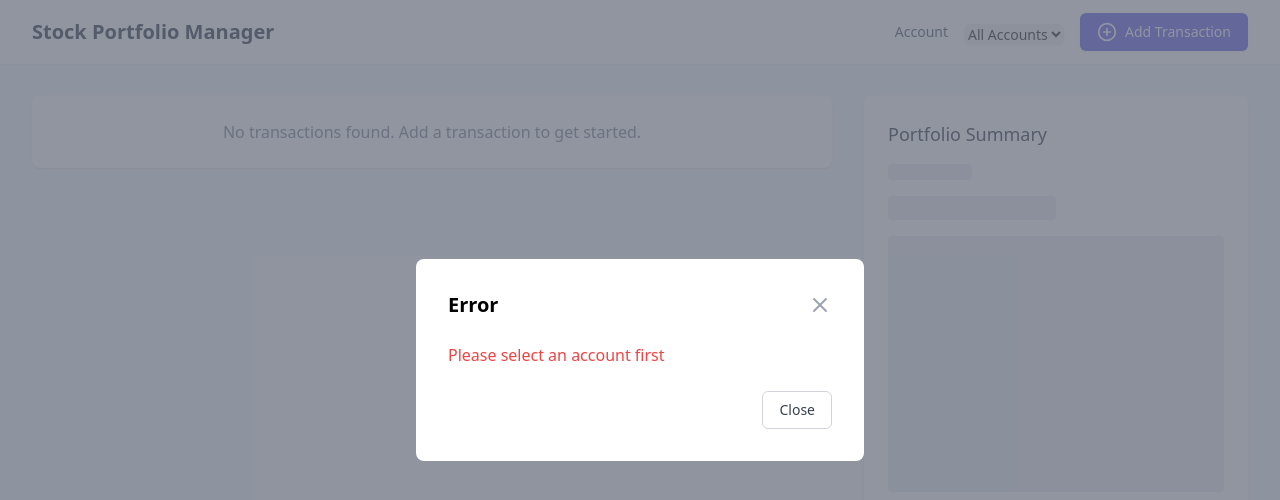
Repository: gpierre004/stock_portfolio_management
Page: /, after clicking the first element matching `button.inline-flex`
These files come from the project's save history. The page is drawn as it stood at one moment and after the next save; the edit follows.
The browser window is 1280 px wide. The pictures show the whole page.
The page's requests for data from a server got no answer. The project was rebuilt for these pictures with package versions that can differ from the ones it lists, and the page was loaded fresh each time. No one was signed in, and anything a server would have sent is missing. Also part of the build but not shown: vite.config.ts, src/components/ErrorBoundary.tsx.

Above is the page before, as saved 2024-11-22 20:23:45.

### src/App.tsx
import React from 'react';
import { QueryClient, QueryClientProvider } from '@tanstack/react-query';
import TransactionList from './components/TransactionList';
import TransactionForm from './components/TransactionForm';
import PortfolioSummary from './components/PortfolioSummary';
import AccountSelector from './components/AccountSelector';
import ErrorBoundary from './components/ErrorBoundary';
import { PlusCircle } from 'lucide-react';

const queryClient = new QueryClient();

function App() {
  const [isFormOpen, setIsFormOpen] = React.useState(false);
  const [selectedAccountId, setSelectedAccountId] = React.useState<number | null>(null);

  return (
    <QueryClientProvider client={queryClient}>
      <div className="min-h-screen bg-gray-50">
        <nav className="bg-white shadow-sm">
          <div className="max-w-7xl mx-auto px-4 sm:px-6 lg:px-8">
            <div className="flex justify-between h-16 items-center">
              <h1 className="text-xl font-semibold text-gray-900">Stock Portfolio Manager</h1>
              <div className="flex items-center space-x-4">
                <AccountSelector
                  selectedAccountId={selectedAccountId}
                  onAccountChange={setSelectedAccountId}
                />
                <button
                  onClick={() => setIsFormOpen(true)}
                  className="inline-flex items-center px-4 py-2 border border-transparent text-sm font-medium rounded-md shadow-sm text-white bg-indigo-600 hover:bg-indigo-700 focus:outline-none focus:ring-2 focus:ring-offset-2 focus:ring-indigo-500"
                >
                  <PlusCircle className="w-5 h-5 mr-2" />
                  Add Transaction
                </button>
              </div>
            </div>
          </div>
        </nav>

        <main className="max-w-7xl mx-auto px-4 sm:px-6 lg:px-8 py-8">
          <div className="grid grid-cols-1 lg:grid-cols-3 gap-8">
            <div className="lg:col-span-2">
              <ErrorBoundary>
                <TransactionList accountId={selectedAccountId} />
              </ErrorBoundary>
            </div>
            <div>
              <ErrorBoundary>
                <PortfolioSummary accountId={selectedAccountId} />
              </ErrorBoundary>
            </div>
          </div>
        </main>

        {isFormOpen && (
          <TransactionForm
            onClose={() => setIsFormOpen(false)}
            accountId={selectedAccountId}
          />
        )}
      </div>
    </QueryClientProvider>
  );
}

export default App;

### src/components/TransactionList.tsx
import React from 'react';
import { useQuery } from '@tanstack/react-query';
import axios from 'axios';
import {
  createColumnHelper,
  flexRender,
  getCoreRowModel,
  useReactTable,
  getSortedRowModel,
} from '@tanstack/react-table';
import { format, parseISO } from 'date-fns';

interface Transaction {
  purchase_id: number;
  ticker: string;
  purchase_date: string;
  quantity: number;
  type: string;
  purchase_price: number;
  description?: string;
  comment?: string;
  account_id?: number;
}

interface TransactionListProps {
  accountId: number | null;
}

const columnHelper = createColumnHelper<Transaction>();

const columns = [
  columnHelper.accessor('purchase_date', {
    header: 'Date',
    cell: (info) => {
      try {
        const dateValue = info.getValue();
        if (!dateValue) return 'N/A';
        return format(parseISO(dateValue), 'MM/dd/yyyy');
      } catch (error) {
        console.error('Error formatting date:', error);
        return 'Invalid Date';
      }
    },
  }),
  columnHelper.accessor('ticker', {
    header: 'Ticker',
    cell: (info) => info.getValue() || 'N/A',
  }),
  columnHelper.accessor('type', {
    header: 'Type',
    cell: (info) => info.getValue() || 'N/A',
  }),
  columnHelper.accessor('quantity', {
    header: 'Quantity',
    cell: (info) => {
      const value = info.getValue();
      return typeof value === 'number' ? value.toFixed(5) : '0.00000';
    },
  }),
  columnHelper.accessor('purchase_price', {
    header: 'Price',
    cell: (info) => {
      const value = info.getValue();
      return typeof value === 'number' ? `$${value.toFixed(2)}` : '$0.00';
    },
  }),
  columnHelper.accessor(
    row => {
      const quantity = typeof row.quantity === 'number' ? row.quantity : 0;
      const price = typeof row.purchase_price === 'number' ? row.purchase_price : 0;
      return quantity * price;
    },
    {
      id: 'total',
      header: 'Total',
      cell: (info) => `$${info.getValue().toFixed(2)}`,
    }
  ),
];

export default function TransactionList({ accountId }: TransactionListProps) {
  const { data: transactions = [], error, isError, isLoading } = useQuery({
    queryKey: ['transactions', accountId],
    queryFn: async () => {
      try {
        const url = accountId
          ? `http://localhost:3000/api/transactions?accountId=${accountId}`
          : 'http://localhost:3000/api/transactions';
        const { data } = await axios.get<Transaction[]>(url);
        return Array.isArray(data) ? data : [];
      } catch (error) {
        if (axios.isAxiosError(error)) {
          throw new Error(error.response?.data?.message || 'Failed to fetch transactions');
        }
        throw error;
      }
    },
    initialData: [], // Ensure we always have an array
  });

  const table = useReactTable({
    data: Array.isArray(transactions) ? transactions : [],
    columns,
    getCoreRowModel: getCoreRowModel(),
    getSortedRowModel: getSortedRowModel(),
  });

  if (isLoading) {
    return (
      <div className="bg-white shadow rounded-lg p-6">
        <div className="animate-pulse flex space-x-4">
          <div className="flex-1 space-y-4 py-1">
            <div className="h-4 bg-gray-200 rounded w-3/4"></div>
            <div className="space-y-2">
              <div className="h-4 bg-gray-200 rounded"></div>
              <div className="h-4 bg-gray-200 rounded w-5/6"></div>
            </div>
          </div>
        </div>
      </div>
    );
  }

  if (isError) {
    return (
      <div className="bg-white shadow rounded-lg p-6">
        <div className="text-red-600">
          {error instanceof Error ? error.message : 'An error occurred while fetching transactions'}
        </div>
      </div>
    );
  }

  if (!transactions.length) {
    return (
      <div className="bg-white shadow rounded-lg p-6">
        <div className="text-gray-500 text-center">
          No transactions found. Add a transaction to get started.
        </div>
      </div>
    );
  }

  return (
    <div className="bg-white shadow rounded-lg overflow-hidden">
      <div className="overflow-x-auto">
        <table className="min-w-full divide-y divide-gray-200">
          <thead className="bg-gray-50">
            {table.getHeaderGroups().map(headerGroup => (
              <tr key={headerGroup.id}>
                {headerGroup.headers.map(header => (
                  <th
                    key={header.id}
                    className="px-6 py-3 text-left text-xs font-medium text-gray-500 uppercase tracking-wider"
                  >
                    {flexRender(
                      header.column.columnDef.header,
                      header.getContext()
                    )}
                  </th>
                ))}
              </tr>
            ))}
          </thead>
          <tbody className="bg-white divide-y divide-gray-200">
            {table.getRowModel().rows.map(row => (
              <tr key={row.id}>
                {row.getVisibleCells().map(cell => (
                  <td
                    key={cell.id}
                    className="px-6 py-4 whitespace-nowrap text-sm text-gray-500"
                  >
                    {flexRender(cell.column.columnDef.cell, cell.getContext())}
                  </td>
                ))}
              </tr>
            ))}
          </tbody>
        </table>
      </div>
    </div>
  );
}

### src/components/TransactionForm.tsx
import React from 'react';
import { useForm } from 'react-hook-form';
import { useMutation, useQueryClient } from '@tanstack/react-query';
import axios from 'axios';
import { X } from 'lucide-react';

interface TransactionFormProps {
  onClose: () => void;
  accountId: number | null;
}

interface TransactionFormData {
  ticker: string;
  purchase_date: string;
  quantity: number;
  type: 'BUY' | 'SELL';
  purchase_price: number;
  description?: string;
  comment?: string;
}

export default function TransactionForm({ onClose, accountId }: TransactionFormProps) {
  const { register, handleSubmit, formState: { errors } } = useForm<TransactionFormData>();
  const queryClient = useQueryClient();

  const mutation = useMutation({
    mutationFn: (data: TransactionFormData) =>
      axios.post('http://localhost:3000/api/transactions', { ...data, accountId }),
    onSuccess: () => {
      queryClient.invalidateQueries({ queryKey: ['transactions'] });
      queryClient.invalidateQueries({ queryKey: ['portfolio'] });
      onClose();
    },
  });

  if (accountId === null) {
    return (
      <div className="fixed inset-0 bg-gray-500 bg-opacity-75 flex items-center justify-center">
        <div className="bg-white rounded-lg p-8 max-w-md w-full">
          <div className="flex justify-between items-center mb-6">
            <h2 className="text-xl font-semibold">Error</h2>
            <button onClick={onClose} className="text-gray-400 hover:text-gray-500">
              <X className="w-6 h-6" />
            </button>
          </div>
          <p className="text-red-500">Please select an account first</p>
          <div className="mt-6 flex justify-end">
            <button
              onClick={onClose}
              className="px-4 py-2 border border-gray-300 rounded-md text-sm font-medium text-gray-700 hover:bg-gray-50"
            >
              Close
            </button>
          </div>
        </div>
      </div>
    );
  }

  return (
    <div className="fixed inset-0 bg-gray-500 bg-opacity-75 flex items-center justify-center">
      <div className="bg-white rounded-lg p-8 max-w-md w-full">
        <div className="flex justify-between items-center mb-6">
          <h2 className="text-xl font-semibold">Add Transaction</h2>
          <button onClick={onClose} className="text-gray-400 hover:text-gray-500">
            <X className="w-6 h-6" />
          </button>
        </div>

        <form onSubmit={handleSubmit((data) => mutation.mutate(data))}>
          <div className="space-y-4">
            <div>
              <label className="block text-sm font-medium text-gray-700">Ticker</label>
              <input
                {...register('ticker', { required: true })}
                className="mt-1 block w-full rounded-md border-gray-300 shadow-sm focus:border-indigo-500 focus:ring-indigo-500"
              />
              {errors.ticker && <span className="text-red-500 text-sm">Required</span>}
            </div>

            <div>
              <label className="block text-sm font-medium text-gray-700">Date</label>
              <input
                type="date"
                {...register('purchase_date', { required: true })}
                className="mt-1 block w-full rounded-md border-gray-300 shadow-sm focus:border-indigo-500 focus:ring-indigo-500"
              />
            </div>

            <div>
              <label className="block text-sm font-medium text-gray-700">Type</label>
              <select
                {...register('type')}
                className="mt-1 block w-full rounded-md border-gray-300 shadow-sm focus:border-indigo-500 focus:ring-indigo-500"
              >
                <option value="BUY">Buy</option>
                <option value="SELL">Sell</option>
              </select>
            </div>

            <div>
              <label className="block text-sm font-medium text-gray-700">Quantity</label>
              <input
                type="number"
                step="0.00001"
                {...register('quantity', { required: true, min: 0 })}
                className="mt-1 block w-full rounded-md border-gray-300 shadow-sm focus:border-indigo-500 focus:ring-indigo-500"
              />
            </div>

            <div>
              <label className="block text-sm font-medium text-gray-700">Price</label>
              <input
                type="number"
                step="0.01"
                {...register('purchase_price', { required: true, min: 0 })}
                className="mt-1 block w-full rounded-md border-gray-300 shadow-sm focus:border-indigo-500 focus:ring-indigo-500"
              />
            </div>

            <div>
              <label className="block text-sm font-medium text-gray-700">Description</label>
              <input
                {...register('description')}
                className="mt-1 block w-full rounded-md border-gray-300 shadow-sm focus:border-indigo-500 focus:ring-indigo-500"
              />
            </div>

            <div>
              <label className="block text-sm font-medium text-gray-700">Comment</label>
              <textarea
                {...register('comment')}
                className="mt-1 block w-full rounded-md border-gray-300 shadow-sm focus:border-indigo-500 focus:ring-indigo-500"
              />
            </div>
          </div>

          <div className="mt-6 flex justify-end space-x-3">
            <button
              type="button"
              onClick={onClose}
              className="px-4 py-2 border border-gray-300 rounded-md text-sm font-medium text-gray-700 hover:bg-gray-50"
            >
              Cancel
            </button>
            <button
              type="submit"
              className="px-4 py-2 border border-transparent rounded-md shadow-sm text-sm font-medium text-white bg-indigo-600 hover:bg-indigo-700 focus:outline-none focus:ring-2 focus:ring-offset-2 focus:ring-indigo-500"
            >
              Save
            </button>
          </div>
        </form>
      </div>
    </div>
  );
}

### src/components/PortfolioSummary.tsx
import React from 'react';
import { useQuery } from '@tanstack/react-query';
import axios from 'axios';
import { PieChart, Pie, Cell, ResponsiveContainer, Legend } from 'recharts';

const COLORS = ['#0088FE', '#00C49F', '#FFBB28', '#FF8042', '#8884d8'];

interface Holding {
  ticker: string;
  total_quantity: number;
  total_value: number;
}

interface PortfolioSummaryProps {
  accountId: number | null;
}

export default function PortfolioSummary({ accountId }: PortfolioSummaryProps) {
  const { data: holdings = [], error, isError, isLoading } = useQuery<Holding[]>({
    queryKey: ['portfolio', accountId],
    queryFn: async () => {
      try {
        const url = accountId
          ? `http://localhost:3000/api/transactions/portfolio/summary?accountId=${accountId}`
          : 'http://localhost:3000/api/transactions/portfolio/summary';
        const { data } = await axios.get<Holding[]>(url);
        return Array.isArray(data) ? data : [];
      } catch (error) {
        if (axios.isAxiosError(error)) {
          throw new Error(error.response?.data?.message || 'Failed to fetch portfolio summary');
        }
        throw error;
      }
    },
  });

  if (isLoading) {
    return (
      <div className="bg-white shadow rounded-lg p-6">
        <h2 className="text-lg font-medium text-gray-900 mb-4">Portfolio Summary</h2>
        <div className="animate-pulse space-y-4">
          <div className="h-4 bg-gray-200 rounded w-1/4"></div>
          <div className="h-6 bg-gray-200 rounded w-1/2"></div>
          <div className="h-64 bg-gray-200 rounded"></div>
        </div>
      </div>
    );
  }

  if (isError) {
    return (
      <div className="bg-white shadow rounded-lg p-6">
        <h2 className="text-lg font-medium text-gray-900 mb-4">Portfolio Summary</h2>
        <div className="text-red-600">
          {error instanceof Error ? error.message : 'An error occurred while fetching portfolio data'}
        </div>
      </div>
    );
  }

  if (!holdings.length) {
    return (
      <div className="bg-white shadow rounded-lg p-6">
        <h2 className="text-lg font-medium text-gray-900 mb-4">Portfolio Summary</h2>
        <div className="text-gray-500 text-center">
          No holdings found. Add some transactions to see your portfolio summary.
        </div>
      </div>
    );
  }

  const totalValue = holdings.reduce((sum, holding) => sum + holding.total_value, 0);

  return (
    <div className="bg-white shadow rounded-lg p-6">
      <h2 className="text-lg font-medium text-gray-900 mb-4">Portfolio Summary</h2>

      <div className="mb-6">
        <p className="text-sm text-gray-500">Total Portfolio Value</p>
        <p className="text-2xl font-semibold text-gray-900">
          ${totalValue.toFixed(2)}
        </p>
      </div>

      <div className="h-64">
        <ResponsiveContainer width="100%" height="100%">
          <PieChart>
            <Pie
              data={holdings}
              dataKey="total_value"
              nameKey="ticker"
              cx="50%"
              cy="50%"
              outerRadius={80}
              label={({ ticker }) => ticker}
            >
              {holdings.map((_, index) => (
                <Cell key={`cell-${index}`} fill={COLORS[index % COLORS.length]} />
              ))}
            </Pie>
            <Legend />
          </PieChart>
        </ResponsiveContainer>
      </div>

      <div className="mt-6">
        <h3 className="text-sm font-medium text-gray-900 mb-3">Holdings</h3>
        <div className="space-y-2">
          {holdings.map((holding) => (
            <div key={holding.ticker} className="flex justify-between">
              <div>
                <span className="text-sm font-medium text-gray-900">{holding.ticker}</span>
                <span className="text-sm text-gray-500 ml-2">
                  ({holding.total_quantity.toFixed(5)} shares)
                </span>
              </div>
              <span className="text-sm text-gray-900">
                ${holding.total_value.toFixed(2)}
              </span>
            </div>
          ))}
        </div>
      </div>
    </div>
  );
}

### src/components/AccountSelector.tsx
import React from 'react';
import { useQuery } from '@tanstack/react-query';
import axios from 'axios';
import { Account } from '../../server/types/account';

interface AccountSelectorProps {
  selectedAccountId: number | null;
  onAccountChange: (accountId: number | null) => void;
}

export default function AccountSelector({ selectedAccountId, onAccountChange }: AccountSelectorProps) {
  const { data: accounts, error, isError, isLoading } = useQuery<Account[]>({
    queryKey: ['accounts'],
    queryFn: async () => {
      try {
        // TODO: Replace with actual user ID from auth
        const userId = 1;
        const { data } = await axios.get(`http://localhost:3000/api/accounts/user/${userId}`);
        return Array.isArray(data) ? data : [];
      } catch (error) {
        if (axios.isAxiosError(error)) {
          throw new Error(error.response?.data?.message || 'Failed to fetch accounts');
        }
        throw error;
      }
    },
    initialData: [], // Ensure we always have an array
  });

  if (isLoading) {
    return (
      <div className="flex items-center space-x-4">
        <label className="text-sm font-medium text-gray-700">Account</label>
        <div className="w-48 h-9 bg-gray-200 rounded animate-pulse"></div>
      </div>
    );
  }

  if (isError) {
    return (
      <div className="flex items-center space-x-4">
        <label className="text-sm font-medium text-gray-700">Account</label>
        <div className="text-red-600 text-sm">
          {error instanceof Error ? error.message : 'Failed to load accounts'}
        </div>
      </div>
    );
  }

  const safeAccounts = Array.isArray(accounts) ? accounts : [];

  return (
    <div className="flex items-center space-x-4">
      <label htmlFor="account" className="text-sm font-medium text-gray-700">
        Account
      </label>
      <select
        id="account"
        value={selectedAccountId || ''}
        onChange={(e) => onAccountChange(e.target.value ? parseInt(e.target.value) : null)}
        className="mt-1 block w-full rounded-md border-gray-300 shadow-sm focus:border-indigo-500 focus:ring-indigo-500 sm:text-sm"
      >
        <option value="">All Accounts</option>
        {safeAccounts.map((account) => (
          <option key={account.account_id} value={account.account_id}>
            {account.name} ({account.balance ? `$${account.balance.toFixed(2)}` : '$0.00'})
          </option>
        ))}
      </select>
    </div>
  );
}

Loaded but not shown: index.html (common file); src/main.tsx (common file); src/index.css (common file); tailwind.config.js (common file)

After the next save:
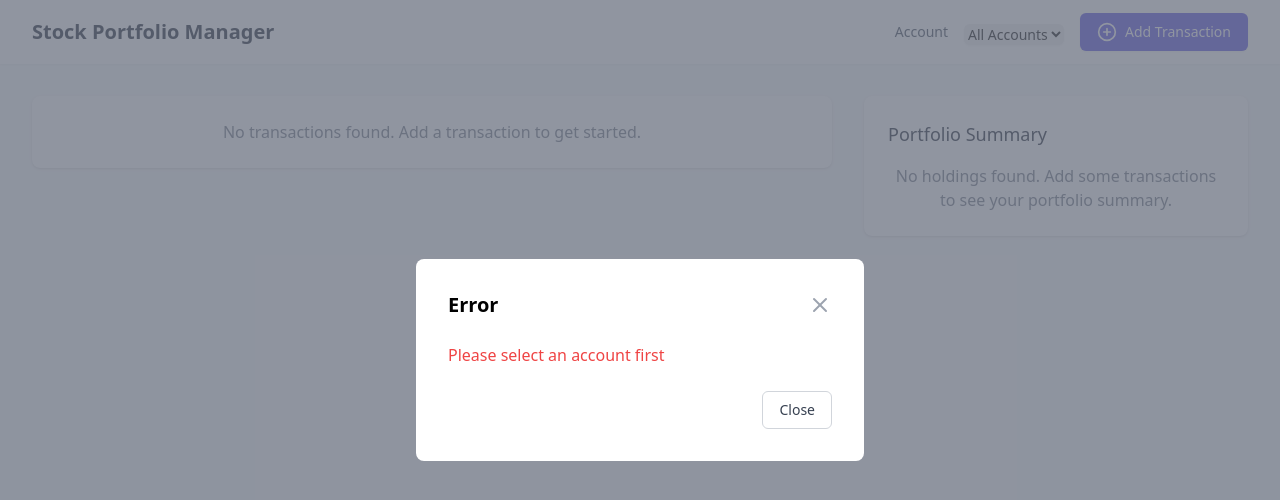
Saved 17 s later.
--- a/src/components/PortfolioSummary.tsx
+++ b/src/components/PortfolioSummary.tsx
@@ -32,6 +32,7 @@ export default function PortfolioSummary({ accountId }: PortfolioSummaryProps) {
         throw error;
       }
     },
+    initialData: [], // Ensure we always have an array
   });
 
   if (isLoading) {
@@ -58,7 +59,9 @@ export default function PortfolioSummary({ accountId }: PortfolioSummaryProps) {
     );
   }
 
-  if (!holdings.length) {
+  const safeHoldings = Array.isArray(holdings) ? holdings : [];
+
+  if (!safeHoldings.length) {
     return (
       <div className="bg-white shadow rounded-lg p-6">
         <h2 className="text-lg font-medium text-gray-900 mb-4">Portfolio Summary</h2>
@@ -69,7 +72,10 @@ export default function PortfolioSummary({ accountId }: PortfolioSummaryProps) {
     );
   }
 
-  const totalValue = holdings.reduce((sum, holding) => sum + holding.total_value, 0);
+  const totalValue = safeHoldings.reduce((sum, holding) => {
+    const value = typeof holding.total_value === 'number' ? holding.total_value : 0;
+    return sum + value;
+  }, 0);
 
   return (
     <div className="bg-white shadow rounded-lg p-6">
@@ -86,15 +92,15 @@ export default function PortfolioSummary({ accountId }: PortfolioSummaryProps) {
         <ResponsiveContainer width="100%" height="100%">
           <PieChart>
             <Pie
-              data={holdings}
+              data={safeHoldings}
               dataKey="total_value"
               nameKey="ticker"
               cx="50%"
               cy="50%"
               outerRadius={80}
-              label={({ ticker }) => ticker}
+              label={({ ticker }) => ticker || 'Unknown'}
             >
-              {holdings.map((_, index) => (
+              {safeHoldings.map((_, index) => (
                 <Cell key={`cell-${index}`} fill={COLORS[index % COLORS.length]} />
               ))}
             </Pie>
@@ -106,16 +112,18 @@ export default function PortfolioSummary({ accountId }: PortfolioSummaryProps) {
       <div className="mt-6">
         <h3 className="text-sm font-medium text-gray-900 mb-3">Holdings</h3>
         <div className="space-y-2">
-          {holdings.map((holding) => (
-            <div key={holding.ticker} className="flex justify-between">
+          {safeHoldings.map((holding) => (
+            <div key={holding.ticker || 'unknown'} className="flex justify-between">
               <div>
-                <span className="text-sm font-medium text-gray-900">{holding.ticker}</span>
+                <span className="text-sm font-medium text-gray-900">
+                  {holding.ticker || 'Unknown'}
+                </span>
                 <span className="text-sm text-gray-500 ml-2">
-                  ({holding.total_quantity.toFixed(5)} shares)
+                  ({typeof holding.total_quantity === 'number' ? holding.total_quantity.toFixed(5) : '0.00000'} shares)
                 </span>
               </div>
               <span className="text-sm text-gray-900">
-                ${holding.total_value.toFixed(2)}
+                ${typeof holding.total_value === 'number' ? holding.total_value.toFixed(2) : '0.00'}
               </span>
             </div>
           ))}
